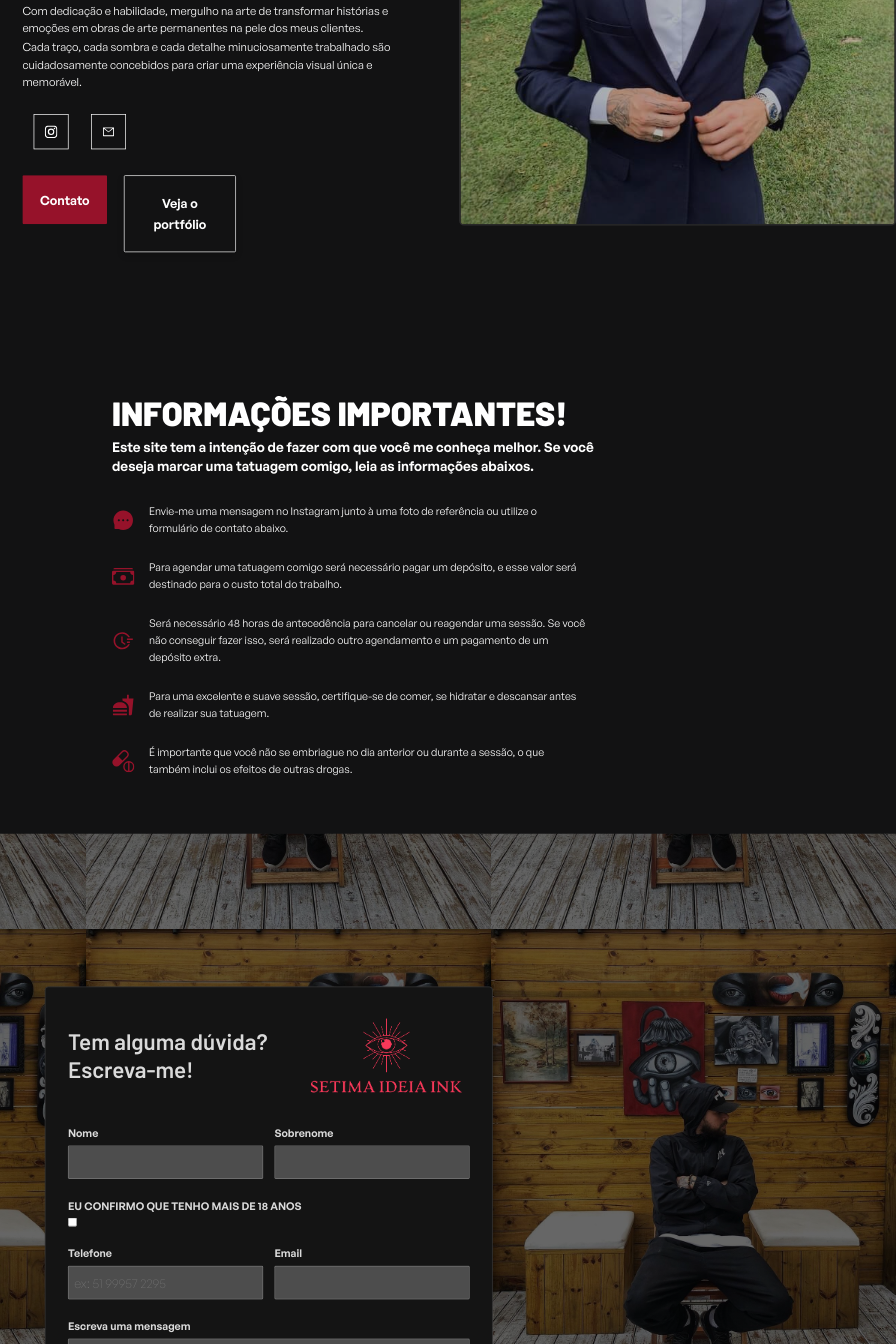
Repository: Leoka2000/S-tima-Ideia
Page: /
The author's editor kept a copy of each file at every save. The page is drawn from the files as they stood at one save, then again after the next save.
The browser window is 1280 px wide. The pictures show the part of the page from y = 4326 to 6246 px (the page is 6815 px tall before and 6791 px after), at 70% of full size.
Backgrounds fixed to the window are drawn as part of the page. The project was rebuilt for these pictures with package versions that can differ from the ones it lists, and the page was loaded fresh each time. Some packages were replaced by stand-ins written for this rebuild. Also part of the build but not shown: src/pages/main/instagram/instagram.css, src/pages/main/instagram/instagram.jsx, src/App.css, src/pages/portfolio/portfolio.css, src/data/database-common.js, src/pages/portfolio/loop-content.jsx, src/pages/portfolio/portfolio.jsx, src/pages/portfolio/index.jsx and 2 more. Imported but missing from the stored project, and not drawn on this page: src/assets/videos/cauan-video.mp4.

Above is the page before, as saved 2023-07-10 20:09:30.

### public/index.html
<!DOCTYPE html>
<html lang="en">
  <head>
    <meta charset="utf-8" />
    <link rel="icon" href="%PUBLIC_URL%/logo.png" />
    <meta name="viewport" content="width=device-width, initial-scale=1" />
    <meta name="theme-color" content="#000000" />
    <meta
      name="description"
      content=""
    />
    <link rel="apple-touch-icon" href="%PUBLIC_URL%/logo192.png" />
    <!--
      manifest.json provides metadata used when your web app is installed on a
      user's mobile device or desktop. See https://developers.google.com/web/fundamentals/web-app-manifest/
    -->
    <link rel="manifest" href="%PUBLIC_URL%/manifest.json" />
    <!--
      Notice the use of %PUBLIC_URL% in the tags above.
      It will be replaced with the URL of the `public` folder during the build.
      Only files inside the `public` folder can be referenced from the HTML.

      Unlike "/favicon.ico" or "favicon.ico", "%PUBLIC_URL%/favicon.ico" will
      work correctly both with client-side routing and a non-root public URL.
      Learn how to configure a non-root public URL by running `npm run build`.
    -->
    <title>Setima Ideia</title>
  </head>
  <body>
    <noscript>You need to enable JavaScript to run this app.</noscript>
    <div id="root"></div>
    <!--
      This HTML file is a template.
      If you open it directly in the browser, you will see an empty page.

      You can add webfonts, meta tags, or analytics to this file.
      The build step will place the bundled scripts into the <body> tag.

      To begin the development, run `npm start` or `yarn start`.
      To create a production bundle, use `npm run build` or `yarn build`.
    -->
  </body>
</html>

### src/pages/main/index/index.jsx
import React from 'react'
import Hero from '../hero/hero'
import About from '../about/about'
import Carousel from '../carousel/carousel'
import HorizontalParallax2 from '../carousel/carousel2'
import LookPortfolio from '../olhe-portfolio'
import Video from '../video/video'
import Instagram from '../instagram/instagram'
import Form from '../contact/form'
import Contact from '../contact'
import Sobre from '../../sobre/about/about'

const index = () => {
  return (
    <>
      <Hero/>
      <About/>
      <Carousel/>
      <HorizontalParallax2/>
      <LookPortfolio/>
      <Video/>
      <Sobre/>
      {/* <Instagram/> */}
      <Contact/>
    </>
  )
}

export default index

### src/pages/sobre/about/about.jsx
import React from 'react'
import "./about.css"
import { BsFacebook } from 'react-icons/bs'
import { BsInstagram } from 'react-icons/bs'
import { AiOutlineMail } from 'react-icons/ai'
import cauan from '../../../assets/images/cauan.jpg'
import {Link} from 'react-scroll'

const Sobre = () => {
  return (
    <section id='about' className='sobre-section'>
      <main>
        <div className='sobre-left'>
          <h2>Tatuador na equipe Família Bagé.</h2>
          <h1>Cauan Rossoni Feversani</h1>
          <p>Olá! Sou um artista de tatuagem sediado em Porto Alegre, Brasil, apaixonado por explorar o magnífico mundo das tintas em preto e cinza. Com dedicação e habilidade, mergulho na arte de transformar histórias e emoções em obras de arte permanentes na pele dos meus clientes. Cada traço, cada sombra e cada detalhe minuciosamente trabalhado são cuidadosamente concebidos para criar uma experiência visual única e memorável. </p>
          <div className='sobre-icons-wrapper'>
            <a target='_blank' href='https://www.instagram.com/setimaideia.ink'>
              <BsInstagram />
            </a>
            <a href='mailto:contato.cauanrf@gmail.com'>
              <AiOutlineMail />
            </a>
          </div>
          <div className='sobre-button-wrapper'>
          <Link style={{ textDecoration: 'none' }} spy={true} smooth={true} offset={100} duration={500} to='form' ><button className='solid'>Contato</button></Link>
            <a target='_blank' href='https://www.instagram.com/setimaideia.ink'><button className='transparent'>Veja o portfólio</button></a>
          </div>
        </div>
        <div className='sobre-right'>
          <img alt='cauan' src={cauan}/>
        </div>
      </main>
    </section>
  )
}

export default Sobre

### src/components/footer/footer.jsx
import { useEffect } from 'react'
import './footer.css'
import { BsFacebook } from 'react-icons/bs'
import { BsInstagram } from 'react-icons/bs'
import { AiOutlineMail } from 'react-icons/ai'
import machine from '../../assets/icons/tattoo-machine.png'
import bage from '../../assets/brand/bage.jpg'
import { useLocation } from 'react-router-dom'
import { Link } from 'react-scroll'

const Footer = () => {

    const location = useLocation();

    useEffect(() => {
        window.scrollTo(0, 0);
    }, [location.pathname]);


    return (
        <footer>
            <main>
                <div className='footer-left'>
                    <div className='footer-cauan'>
                        <img src={machine} />
                        <p>Cauan Rossoni</p>
                    </div>

                    <div className='footer-icons-wrapper'>
                        <a target='_blank' href='https://www.instagram.com/setimaideia.ink/'>< BsInstagram /></a>
                        <a target='_blank' href='mailto:contato.cauanrf@gmail.com'><AiOutlineMail /></a>
                    </div>
                </div>
                <div className='footer-middle'>
                    <h1>Páginas</h1>
                    <Link style={{ textDecoration: 'none' }} spy={true} smooth={true} offset={100} duration={500} to='inicio' >Início</Link>
                    <Link style={{ textDecoration: 'none' }} spy={true} smooth={true} offset={100} duration={500} to='portfolio' >Portfolio</Link>
                    <Link style={{ textDecoration: 'none' }} spy={true} smooth={true} offset={100} duration={500} to='about' >Sobre</Link>
                </div>
                <div className='footer-right'><a target='_blank' href='https://www.instagram.com/_familiabagetattoo_/'><img src={bage} /></a></div>
            </main>
            <div className='leo-tag'>
                <p>Desenvolvido por <a target='_blank' style={{textDecoration: 'none'}} href='https://www.linkedin.com/in/leoreus/'>Leo Reus Oliveira</a></p>
            </div>
        </footer>
    )
}

export default Footer

### src/pages/main/hero/hero.jsx
import React from 'react';
import { motion } from 'framer-motion';
import './hero.css';
import logo from '../../../assets/brand/logoCorrected.png';
import { Link } from 'react-scroll';

const Hero = () => {
  const text = "Olá, aqui é o Cauan, bem-vindo ao meu website!";

  const parentVariants = {
    animate: {
      transition: {
        staggerChildren: 0.05,
      },
    },
  };

  const childVariants = {
    initial: {
      y: 20,
      opacity: 0,
    },
    animate: {
      y: 0,
      opacity: 1,
    },
  };

  return (
    <section id='inicio' className="hero-section">
      <div className="hero-wrapper">
        <img src={logo} alt="logo" />
        <motion.h1 variants={parentVariants} initial="initial" animate="animate">
          {text.split("").map((letter, index) => (
            <motion.span key={index} variants={childVariants}>{letter}</motion.span>
          ))}
        </motion.h1>
        <h2>Clique no botão abaixo para saber mais.</h2>
        <div>
          <Link to='sobre' className="colored-hero" style={{textDecoration: 'none'}} spy={true} smooth={true} offset={100} duration={500}>Saiba mais</Link>
        </div>
      </div>
    </section>
  );
};

export default Hero;

### src/pages/main/carousel/carousel.jsx
import C1 from '../../../assets/carousel/c1.jpg'
import C2 from '../../../assets/carousel/c2.jpg'
import C3 from '../../../assets/carousel/c4.jpg'
import C4 from '../../../assets/carousel/c5.jpg'
import C5 from '../../../assets/carousel/c6.jpg'
import C6 from '../../../assets/carousel/c7.jpg'
import C7 from '../../../assets/carousel/c20.jpg'
import C8 from '../../../assets/carousel/c11.jpg'
import C9 from '../../../assets/carousel/c12.jpg'

import C11 from '../../../assets/carousel/c15.jpg'
import C12 from '../../../assets/carousel/c16.jpg'
import C13 from '../../../assets/carousel/c17.jpg'
import C15 from '../../../assets/carousel/c19.jpg'
import C16 from '../../../assets/carousel/c21.jpg'





import React, {useState, useEffect} from "react";
import './carousel.css'

const images = [
  C1,
  C5,
  C4,
  C3,
  C7,
  C2,
  C6,
  //  C10,
  C8,
  C9,

  C11,
  C12,
  // C14,
  C13,
  C15,
  C16,
  // C17,



];

const HorizontalParallax = () => {
  const [scrollY, setScrollY] = useState(0);

  useEffect(() => {
    const handleScroll = () => {
      setScrollY(window.scrollY);
    };

    window.addEventListener("scroll", handleScroll);

    return () => {
      window.removeEventListener("scroll", handleScroll);
    };
  }, []);

  const calculateX = (scrollY) => {
    const minScroll = 0;
    const maxScroll = 2000;
    const minX = 0;
    const maxX = -2000;

    return (scrollY - minScroll) * ((maxX - minX) / (maxScroll - minScroll)) + minX;
  };

  const x = calculateX(scrollY);

  return (
    <div className="horizontal-parallax">
      <div className="images-container" style={{ transform: `translateX(${x}px)` }}>
        {images.map((image, index) => (
          <div key={index} className="image">
            <img src={image} alt={`Image ${index}`} />
          </div>
        ))}
      </div>
    </div>
  );
};

export default HorizontalParallax;

### src/pages/main/carousel/carousel2.jsx
import React, { useState, useEffect } from "react";
import './carousel.css'
import C1 from '../../../assets/carousel/c1.jpg'
import C2 from '../../../assets/carousel/c2.jpg'
import C13 from '../../../assets/carousel/c4.jpg'
import C4 from '../../../assets/carousel/c5.jpg'
import C5 from '../../../assets/carousel/c6.jpg'
import C6 from '../../../assets/carousel/c7.jpg'
// import C7 from '../../../assets/carousel/c10.jpg'
import C8 from '../../../assets/carousel/c11.jpg'
import C9 from '../../../assets/carousel/c12.jpg'
// import C10 from '../../../assets/carousel/c13.jpg'
import C11 from '../../../assets/carousel/c15.jpg'
import C12 from '../../../assets/carousel/c16.jpg'
// import C13 from '../../../assets/carousel/c17.jpg'
import C15 from '../../../assets/carousel/c19.jpg'
import C16 from '../../../assets/carousel/c21.jpg'

const images = [
  C1,
  C5,
  C4,
  // C7,
  C2,
  C6,
  C13,
  C8,
  C9,
  // C10,
  C11,
  C12,
  // C13,
  C15,
  C16,
  // C17,
  // C18,
];

const HorizontalParallax2 = () => {
  const [scrollY, setScrollY] = useState(0);

  useEffect(() => {
    const handleScroll = () => {
      setScrollY(window.scrollY);
    };

    window.addEventListener("scroll", handleScroll);

    return () => {
      window.removeEventListener("scroll", handleScroll);
    };
  }, []);

  const calculateX = (scrollY) => {
    const minScroll = 0;
    const maxScroll = 3000;
    const minX = -2000;
    const maxX = 0;

    return (scrollY - minScroll) * ((maxX - minX) / (maxScroll - minScroll)) + minX;
  };

  const x = calculateX(scrollY);

  return (
    <div className="horizontal-parallax">
      <div className="images-container" style={{ transform: `translateX(${x}px)` }}>
        {images.map((image, index) => (
          <div key={index} className="image">
            <img src={image} alt={`Image ${index}`} />
          </div>
        ))}
      </div>
    </div>
  );
};

export default HorizontalParallax2;

### src/pages/main/olhe-portfolio/index.jsx
import React from 'react'
import './index.css'
import img from '../../../assets/images/Signature.jpg'
import silhouete from '../../../assets/icons/about-tattoo-machine.png'
import clown from '../../../assets/icons/rose.png'
import { useInView } from 'react-intersection-observer';
import { motion } from 'framer-motion'
import { Link } from 'react-router-dom'

const LookPortfolio = () => {

  const [ref1, inView1] = useInView({
    threshold: 0.3,
    triggerOnce: true,
    delay: 0.7
  });

  const [ref2, inView2] = useInView({
    threshold: 0.3,
    triggerOnce: true,
    delay: 0.9
  });

  return (
    <section id='portfolio' className='look-portfolio-section'>
      <img alt='silhouete' className='silhouete' src={silhouete} />
      <img alt='silhouete' className='clown' src={clown} />
      <motion.div
        ref={ref1}
        initial={{ opacity: 0 }}
        animate={inView1 ? { opacity: 1 } : { opacity: 0 }}
        transition={{ duration: 1 }}
        className='look-portfolio-left'>
        <img src={img} />
      </motion.div>
      <br/>
      <motion.div
        ref={ref2}
        initial={{ opacity: 0 }}
        animate={inView2 ? { opacity: 1 } : { opacity: 0 }}
        transition={{ duration: 1 }}
        className='look-portfolio-right'>
        <h1>Confira o meu portfólio!</h1>
        <p>Clique no link a baixo para acessar o meu portfólio no Instagram. Lá, você pode encontrar uma exposição dos meus trabalhos atualizados.</p>
        <a
         style={{textDecoration:'none'}} target='_blank' href='https://www.instagram.com/setimaideia.ink/'>Saiba mais</a>
      </motion.div>

    </section>
  )
}

export default LookPortfolio

### src/pages/main/video/video.jsx
import React, { useState } from 'react';
import './video.css';
import cauan from '../../../assets/videos/cauan-video.mp4'
import thumb from '../../../assets/images/Thumbnail.jpg'
import { FaPlay, FaTimes } from "react-icons/fa";

function Video() {
    const [showVideo, setShowVideo] = useState(false);

    function handlePlayClick() {
        setShowVideo(true);
        document.body.style.overflow = 'hidden';
    }

    function handleCloseClick() {
        setShowVideo(false);
        document.body.style.overflow = 'visible';
    }

    return (
        <section className="video-thumbnail">
            <div className='overlay-effect'>
                <div
                    className="thumbnail-image"

                >
                    <button
                        className="play-button"
                        onClick={handlePlayClick}
                    >
                        <FaPlay className="play-icon" />
                    </button>
                </div>
                {showVideo && (
                    <div className="video-overlay">
                        <button className="close-button" onClick={handleCloseClick}>
                            <FaTimes className="close-icon" />
                        </button>
                        <div className="video-wrapper">
                            <video src={cauan} controls autoPlay />
                        </div>
                    </div>
                )}
            </div>
        </section>
    );
}

export default Video

### src/pages/sobre/about/about.css
.sobre-section {
    color: white;
    margin-top: 7.5rem;
    margin-bottom: 4rem;




}
.sobre-section > main {
    display: flex;
    justify-content: space-between;
    height: 100%;

}
.sobre-left {
    display: flex;
    flex-direction: column;
    gap: 0.5rem;
    padding: 5rem 0 0 2rem;

}
.sobre-left > h2 {
    font-family: 'General Sans', sans-serif;
    color: #96122a;
font-weight: 700;
font-size: 1rem;
letter-spacing: 0.06em;
text-transform: uppercase;
}
.sobre-left > h1 {
    font-family: Barlow, sans-serif;
    font-size: 3.5rem;
    color: #fff;
font-size: 56px;
line-height: 4rem;
max-width: 40rem;
font-weight: 900;
text-transform: uppercase;
}
.sobre-left > p {
    max-width: 33rem;
    font-size: 1rem;
    line-height: 1.6rem;
}
.sobre-right {
    height: 100%;
}
.sobre-right > img {
    width: 40rem;
    height: 100%;
    border-radius: 7px;
    filter:opacity(0.7);
    border: 2px solid #393939;
}
.sobre-icons-wrapper {
    display: flex;
    gap: 1rem;
    margin-top: 1.5rem;
}
.sobre-icons-wrapper > a {
    display: flex;
    width: 50px;
    margin-left: 1rem;
    height: 50px;
    min-height: 50px;
    min-width: 50px;
    -webkit-box-pack: center;
    -webkit-justify-content: center;
    -ms-flex-pack: center;
    justify-content: center;
    -webkit-box-align: center;
    -webkit-align-items: center;
    -ms-flex-align: center;
    align-items: center;
    border-style: solid;
    cursor: pointer;
    border-width: 1px;
    border-color: #fff;
    background-color: transparent;
    -webkit-transition: background-color 300ms ease, color 300ms ease, -webkit-transform 300ms ease;
    transition: background-color 300ms ease, color 300ms ease, -webkit-transform 300ms ease;
    transition: transform 300ms ease, background-color 300ms ease, color 300ms ease;
    transition: transform 300ms ease, background-color 300ms ease, color 300ms ease, -webkit-transform 300ms ease;
    color: #fff;
    text-decoration: none;
}
.sobre-icons-wrapper > a:hover {
    border-color: #96122a;
background-color: #96122a;
-webkit-transform: translate(0px, -3px);
-ms-transform: translate(0px, -3px);
transform: translate(0px, -3px);
color: #fff;
}

.sobre-button-wrapper {
    display: flex;
    gap: 1.5rem;

    padding-top: 1.8rem;
    padding-bottom: 3.5rem;
}
.sobre-button-wrapper > a {
    border-bottom: none;
    text-decoration: none;

}
.solid {
    padding: 1.5rem;
    margin-bottom: 1rem;
    cursor: pointer;
    -webkit-box-pack: center;
    -webkit-justify-content: center;
    -ms-flex-pack: center;
    justify-content: center;
    border: 1px solid transparent;
    border-radius: 2px;
    background-color: #96122a;
    -webkit-transition: box-shadow 300ms ease, -webkit-transform 300ms ease;
    transition: box-shadow 300ms ease, -webkit-transform 300ms ease;
    transition: box-shadow 300ms ease, transform 300ms ease;
    transition: box-shadow 300ms ease, transform 300ms ease, -webkit-transform 300ms ease;
    font-family: 'General Sans', sans-serif;
    color: #fff;
    line-height: 1.111em;
    font-weight: 500;
    text-align: center;
    text-decoration: none;
    text-transform: none;
    -webkit-transform-style: preserve-3d;
    transform-style: preserve-3d;
}

.solid:hover {
    box-shadow: 0 10px 20px 0 rgba(248, 19, 60, 0.2);
    -webkit-transform: translate3d(0px, -3px, 0.01px);
    transform: translate3d(0px, -3px, 0.01px);
    color: #fff;

}

.transparent:hover {
    background-color: #fff;
    -webkit-transform: translate3d(0px, -3px, 0.01px);
    transform: translate3d(0px, -3px, 0.01px);
    color: #121213;
}

.transparent {

    border-radius: 2px;
    width: 10rem;
    padding: 1.5rem;
    display: flex;
    align-items: center;
    justify-content: center;
    cursor: pointer;
    border-style: solid;
    border-width: 1px;
    border-color: #f0f0f0;
    background-color: transparent;
    box-shadow: 0 4px 10px 0 rgba(0, 0, 0, 0.2);
    -webkit-transition: background-color 300ms ease, color 300ms ease, -webkit-transform 300ms ease;
    transition: background-color 300ms ease, color 300ms ease, -webkit-transform 300ms ease;
    transition: transform 300ms ease, background-color 300ms ease, color 300ms ease;
    transition: transform 300ms ease, background-color 300ms ease, color 300ms ease, -webkit-transform 300ms ease;
    font-family: 'General Sans', sans-serif;
    color: #fff;

    font-weight: 500;
    text-align: center;
    text-transform: none;
    -webkit-transform-style: preserve-3d;
    transform-style: preserve-3d;
}


@media screen and (min-width: 1750px) {
    .sobre-right > img {
        width: 60rem;
        height: 100%;
    }
    .sobre-left {
        display: flex;
        flex-direction: column;
        gap: 1rem;
        padding: 5rem 0 0 8rem;

    }
}


@media screen and (max-width: 1032px) {
    .sobre-section > main {
       flex-direction: column;
    }
    .sobre-left {
        display: flex;
        flex-direction: column;
        align-items: center;
        text-align: center;
        gap: 1rem;
        padding: 5rem 0 0 2rem;

    }
    .sobre-right  {
       display: flex;
       justify-content: center;
    }
    .sobre-right> img {
       width: 70%;
       border-radius: 5px;
     }


}

@media screen and (max-width: 540px) {
.sobre-left > h1 {
    font-size: 32px;
    color: #fff;
    line-height: 1.196em;
}
.sobre-left > h2 {
    font-size: 0.9rem;
    line-height: 1.3em;

}
.sobre-left > p {
   font-size: 1rem;
   line-height: 1.5rem;
}
.sobre-button-wrapper {
    display: flex;
    flex-direction: column;
    gap: 1rem;
    width: 100%;

    padding-bottom: 3.5rem;
}
.sobre-button-wrapper > a {
    width: 100%;
}
.sobre-button-wrapper > a > button {
    width: 100%;

}
.sobre-left {
    display: flex;
    flex-direction: column;
    gap: 0.75rem;
    padding: 5rem 2rem 0 2rem;

}
 }

 @media screen and (max-width: 410px) {
    .sobre-left {
        padding: 5rem 2rem 0 2rem;

    }
    .sobre-button-wrapper {
      padding-left: 0.25rem;
      padding-right: 0.25rem;
    }
    .sobre-left > h2 {
      max-width: 20rem;

    }
  }

### src/pages/main/carousel/carousel.css
.horizontal-parallax {
  position: relative;
  width: 100%;
  height: 400px;
  overflow-x: hidden;
}

.images-container {
  position: absolute;
  top: 0;
  left: 0;
  height: 100%;
  white-space: nowrap;
}

.image {
  display: inline-block;
  width: 400px;
  height: 350px;
  margin-right: 20px;
  overflow: hidden;
}

.image img {
  width: 100%;
  height: 100%;
  object-fit: cover;
  border-radius: 4px;
  box-shadow: 0 2px 4px rgba(0, 0, 0, 0.3);
}

@media screen and (max-width: 650px) {
  .image {
    display: inline-block;
    width: 210px;
    height: 245px;
    margin-right: 20px;
    overflow: hidden;
  }
  .horizontal-parallax {
    position: relative;
    width: 100%;
    height: 350px;
    overflow-x: hidden;
  }

}

Loaded but not shown: src/index.js (36 lines, source omitted); src/routes.js (29 lines, source omitted); src/pages/main/contact/form.css (337 lines, source omitted); src/components/navbar/navbar.css (298 lines, source omitted); src/pages/main/about/about.css (266 lines, source omitted); src/pages/main/contact/form.jsx (95 lines, source omitted); src/pages/main/hero/hero.css (175 lines, source omitted); src/index.css (107 lines, source omitted); src/pages/main/olhe-portfolio/index.css (156 lines, source omitted); src/components/footer/footer.css (146 lines, source omitted); src/components/navbar/navbar.jsx (78 lines, source omitted); src/pages/main/video/video.css (140 lines, source omitted); src/pages/main/about/about.jsx (57 lines, source omitted); src/pages/main/contact/index.jsx (61 lines, source omitted)

After the next save:
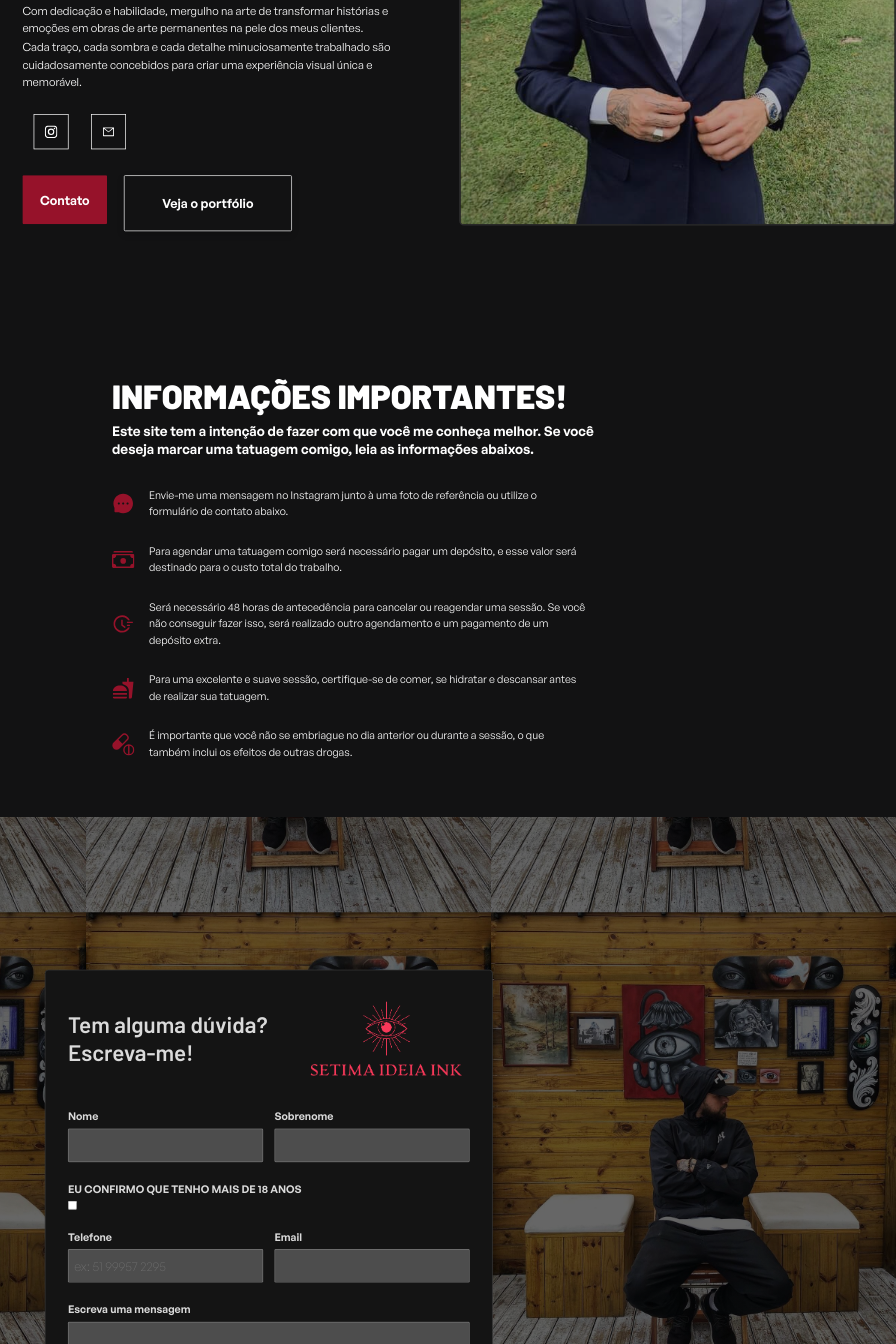
Saved 4 s later.
--- a/src/pages/sobre/about/about.css
+++ b/src/pages/sobre/about/about.css
@@ -150,7 +150,7 @@ color: #fff;
 .transparent {
 
     border-radius: 2px;
-    width: 10rem;
+    width: 15rem;
     padding: 1.5rem;
     display: flex;
     align-items: center;
